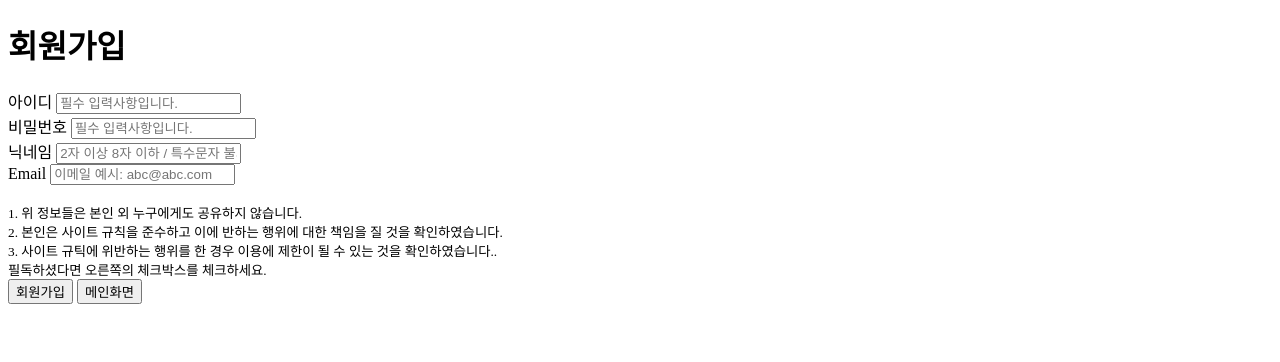
Repository: Gansaw/Airport_Portal
Page: http://localhost/signup
These files come from the project's save history. The page is drawn as it stood at one moment and after the next save; the edit follows.
The browser window is 1280 px wide. The pictures show the whole page.
The page is this project's Thymeleaf template; nobody is signed in. The template is opened directly, without the code that normally fills it, so the values that code supplies are empty.

Above is the page before, as saved 2023-07-27 07:03:02.

After the next save:
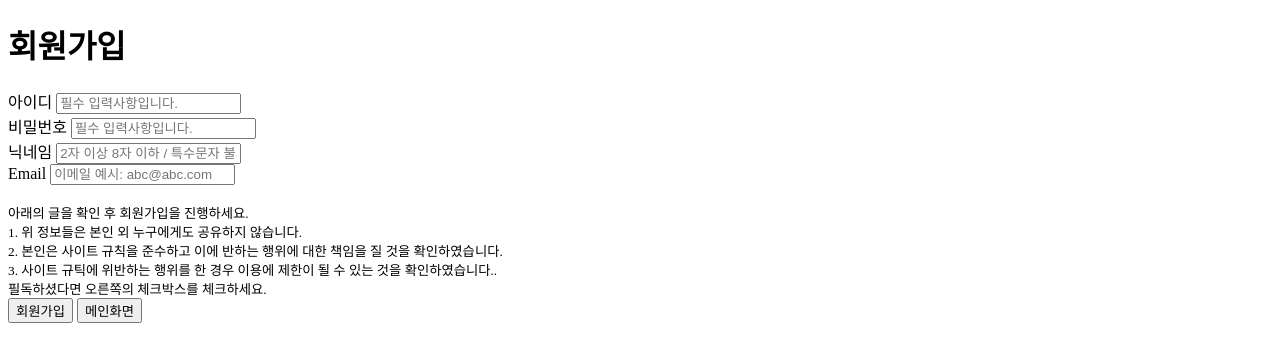
Saved 25 s later.
--- a/WebServiceDevelop/WebProject/src/main/resources/templates/signup.html
+++ b/WebServiceDevelop/WebProject/src/main/resources/templates/signup.html
@@ -26,6 +26,7 @@
 			<label for="email">Email</label>
 			<input type="email" id="email" name="email" placeholder="이메일 예시: abc@abc.com" required> <br/> <br/>
 
+			<small>아래의 글을 확인 후 회원가입을 진행하세요.</small><br/>
 			<small>1. 위 정보들은 본인 외 누구에게도 공유하지 않습니다.</small><br/>
 			<small>2. 본인은 사이트 규칙을 준수하고 이에 반하는 행위에 대한 책임을 질 것을 확인하였습니다.</small><br/>
 			<small>3. 사이트 규틱에 위반하는 행위를 한 경우 이용에 제한이 될 수 있는 것을 확인하였습니다..</small><br/>
